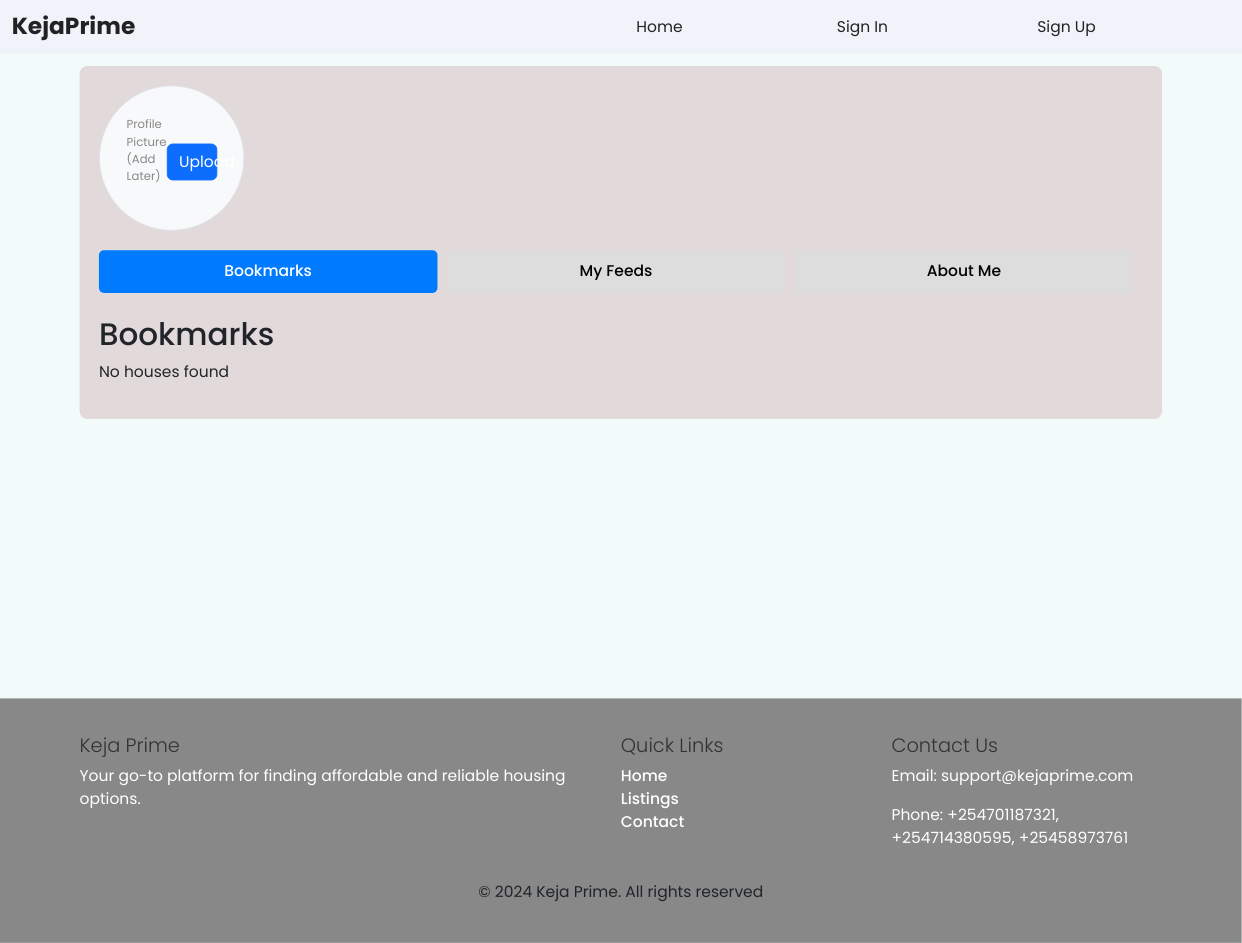
Repository: Pascal7601/kejaPrime
Page: /profile (app in frontend/)
The author's editor kept a copy of each file at every save. The page is drawn from the files as they stood at one save, then again after a run of saves.
The browser window is 1280 px wide. The pictures show the whole page, at 97% of full size.
The page's requests for data from a server got no answer. The project was rebuilt for these pictures with package versions that can differ from the ones it lists, and the page was loaded fresh each time. No one was signed in, and anything a server would have sent is missing. Also part of the build but not shown: frontend/vite.config.js, frontend/src/styles/HeroSection.css, frontend/src/components/HeroSection.jsx, frontend/src/pages/Home.jsx, frontend/src/components/Houses.jsx, frontend/src/pages/Listings.jsx, frontend/src/styles/PostHouse.css, frontend/src/pages/PostHouse.jsx and 10 more.

Above is the page before, as saved 2024-10-22 11:25:34.

### frontend/index.html
<!doctype html>
<html lang="en">
  <head>
    <meta charset="UTF-8" />
    <link rel="icon" type="image/svg+xml" href="/vite.svg" />
    <meta name="viewport" content="width=device-width, initial-scale=1.0" />
    <script src="https://cdn.jsdelivr.net/npm/@popperjs/core@2.11.6/dist/umd/popper.min.js"></script>
    <script src="https://cdn.jsdelivr.net/npm/bootstrap@5.2.0/dist/js/bootstrap.bundle.min.js"></script>
    <link rel="preconnect" href="https://fonts.googleapis.com">
    <link rel="preconnect" href="https://fonts.gstatic.com" crossorigin>
    <link href="https://fonts.googleapis.com/css2?family=Poppins:ital,wght@0,100;0,200;0,300;0,400;0,500;0,600;0,700;0,800;0,900;1,100;1,200;1,300;1,400;1,500;1,600;1,700;1,800;1,900&display=swap" rel="stylesheet">
    <title>KejaPrime</title>
  </head>
  <body>
    <div id="root"></div>
    <script type="module" src="/src/main.jsx"></script>
  </body>
</html>

### frontend/src/App.jsx
import React from 'react';
import { BrowserRouter as Router, Route, Routes } from 'react-router-dom';
import { AuthProvider } from './utils/AuthContext';
import Home from './pages/Home';
import Listings from './pages/Listings';
import ProfilePage from './pages/ProfilePage';
import SignUp from './components/SignUp';
import FeedsPage from './pages/FeedsPage'
import PostHouse from './pages/PostHouse';
import SignIn from './components/SignIn';
import Dashboard from './components/Dashboard';

import './App.css';

function App() {

  return (
    <AuthProvider>
      <Router>
            <Routes>
              <Route path="/Sign-up" element={<SignUp />} />
              <Route path="/Sign-in" element={<SignIn />} />
              <Route path="/" element={<Home />} />
              <Route path="/home" element={<Home />} />
              <Route path="/dashboard" element={<Dashboard />} />
              <Route path="/feeds" element={<FeedsPage />} />
              <Route path="/listings" element={<Listings />} />
              <Route path="/profile" element={<ProfilePage />} />
              <Route path="/post-house" element={<PostHouse />} />
            </Routes>
      </Router>
    </AuthProvider>
  );
}

export default App

### frontend/src/pages/ProfilePage.jsx
import React from 'react';
import Profile from "../components/Profile";
import "../styles/ProfilePage.css";

const ProfilePage = () => {
	return (
		<>
			<Profile />
		</>
	);
}

export default ProfilePage;

### frontend/src/App.css
@import url('https://fonts.googleapis.com/css2?family=Poppins:ital,wght@0,100;0,200;0,300;0,400;0,500;0,600;0,700;0,800;0,900;1,100;1,200;1,300;1,400;1,500;1,600;1,700;1,800;1,900&display=swap');
*{
	font-family: "Poppins", sans-serif;
	margin: 0;
	padding: 0;
	width: 100%;
	box-sizing: border-box;
}

body {
	margin: 0;
	font-family: "Poppins", sans-serif;
	width: 100%;
	background-color: rgb(229, 245, 245);
}

### frontend/src/components/Footer.jsx
import React from 'react'
import 'bootstrap/dist/css/bootstrap.min.css';
import '../styles/Footer.css';

const Footer = () => {
	const currentYear = new Date().getFullYear();
  return (
	<footer className='footer py-4'>
		<div className='container'>
			<div className='row'>
				<div className='col-md-6'>
					<h5 className='footer-title'>Keja Prime</h5>
					<p className='footer-description'>
					Your go-to platform for finding affordable and reliable housing options.
					</p>
				</div>
				<div className="col-md-3">
					<h5 className="footer-links-title">Quick Links</h5>
            		<ul className="list-unstyled">
						<li><a href="/" className="text-white">Home</a></li>
              			<li><a href="/listings" className="text-white">Listings</a></li>
              			<li><a href="/contact" className="text-white">Contact</a></li>
            		</ul>
				</div>
				<div className='col-md-3'>
					<h5 className='footer-contact-title'> Contact Us</h5>
					<p>Email: support@kejaprime.com</p>
					<p>Phone: +254701187321, +254714380595, +25458973761</p>
				</div>
			</div>
			<div className='text-center mt-3'>
				<p className='text-dark'>&copy; {currentYear} Keja Prime. All rights reserved</p>
			</div>
		</div>
	</footer>
  );
};

export default Footer;

### frontend/src/styles/Footer.css
.footer{
	background: #4ea685;
	color: #222222;
}

### frontend/src/components/Profile.jsx
import React, { useEffect, useState } from 'react';
import axios from 'axios';
import Footer from "../components/Footer";
import Navbar from '../components/Navbar';
import PostHouse from '../pages/PostHouse';
import 'bootstrap/dist/css/bootstrap.min.css';
import '../styles/Profile.css';

function Profile() {
  const [profile, setProfile] = useState(null);
  const [profilePic, setProfilePic] = useState(null);
  const [preview, setPreview] = useState(null);
  const [userType, setUserType] = useState(false);
  const [houses, setHouses] = useState([]);
  const [feeds, setFeeds] = useState([]); // State for tenant's feeds
  const [loading, setLoading] = useState(true);
  const [savedHouses, setSavedHouses] = useState([]);
  const [activeTab, setActiveTab] = useState('houses');
  const [isFormVisible, setIsFormVisible] = useState(false);

  useEffect(() => {
    async function fetchProfile() {
      try {
        const token = localStorage.getItem('access_token');
        const config = {
          headers: { Authorization: `Bearer ${token}` },
        };

        const profileRes = await axios.get('http://localhost:8000/api/v1/users/profile', config);
        const isLandlord = profileRes.data.is_landlord;
        console.log(profileRes.data.id);
        setUserType(isLandlord);
        setProfile(profileRes.data);

        const userId = profileRes.data.id;

        if (isLandlord) {
          // Fetch posted houses
          const postedHousesRes = await axios.get(`http://localhost:8000/api/v1/properties/${userId}`);
          const housesWithImages = await Promise.all(
            postedHousesRes.data.map(async (house) => {
              try {
                const imageRes = await axios.get(`http://localhost:8000/api/v1/properties/${house.id}/images`);
                const img = imageRes.data.length > 0 ? imageRes.data[0].image_url : null;
                return { ...house, imageUrl: img };
              } catch (error) {
                console.warn(`Image not found for house ${house.id}`);
                return { ...house, imageUrl: null };
              }
            })
          );
          setHouses(housesWithImages);
        } else {
          //Fetch Bookmarks
          const savedHousesRes = await axios.get('http://localhost:8000/api/v1/bookmarks/', config);
          // console.log(savedHousesRes.data);
          const savedHousesData = savedHousesRes.data.bookmarks;

        // Separate feeds and properties
        const savedFeeds = savedHousesData
          .filter(bookmark => bookmark.feed) // Get only feeds
          .map(bookmark => bookmark.feed);
          // console.log(savedFeeds[0]);  // Extract feed data

        const savedProperties = savedHousesData
          .filter(bookmark => bookmark.property) // Get only properties
          .map(bookmark => bookmark.property);   // Extract property data

          const feedsWithImages = await Promise.all(
            savedFeeds.map(async (feed) => {
              try {
                const feedRes = await axios.get(`http://localhost:8000/api/v1/feeds/${feed.id}`);
                console.log(feedRes.data[0].images[0].image_url);
                const img = feedRes.data[0].images[0].image_url;
                return { ...feed, imageUrl: img };
              } catch (error) {
                console.warn(`Image not found for feed ${feed.id}`);
                return { ...feed, imageUrl: null };
              }
            })
          );

          // Fetch images for properties
          const propertiesWithImages = await Promise.all(
            savedProperties.map(async (property) => {
              try {
                const imageRes = await axios.get(`http://localhost:8000/api/v1/properties/${property.id}/images`, config);
                const img = imageRes.data.length > 0 ? imageRes.data[0].image_url : null;
                return { ...property, imageUrl: img };
              } catch (error) {
                console.warn(`Image not found for property ${property.id}`);
                return { ...property, imageUrl: null };
              }
            })
          );

          // Combine feeds and properties into the `houses` state
          const combinedSavedHouses = [...feedsWithImages, ...propertiesWithImages];
          setHouses(combinedSavedHouses); // Update houses with both feeds and properties


        // Track saved house IDs for both feeds and properties
        const savedHouseIds = combinedSavedHouses.map(house => house.id);
        setSavedHouses(savedHouseIds); // Track Bookmarks by ID

        // Fetch tenant's feeds
          const tenantFeedsRes = await axios.get(`http://localhost:8000/api/v1/feeds/me`, config);
          console.log(tenantFeedsRes.data);
          setFeeds(tenantFeedsRes.data);
        }
      } catch (error) {
        console.error('Error fetching profile data', error);
      } finally {
        setLoading(false);
      }
    }

    fetchProfile();
  }, []);

  const handleTabChange = (tab) => {
    setActiveTab(tab);  // Change active tab
  };

  const handleSaveHouse = async (houseId) => {
    const isSaved = savedHouses.includes(houseId);
    if (!isSaved) {
      try {
        const token = localStorage.getItem('access_token');
        const config = {
          headers: { Authorization: `Bearer ${token}` },
        };

        await axios.post(`http://localhost:8000/api/v1/houses/save`, { houseId }, config);
        setSavedHouses(prevSavedHouses => [...prevSavedHouses, houseId]);

        // Optionally, refetch the Bookmarks to update the UI
        const savedHousesRes = await axios.get('http://localhost:8000/api/v1/houses/saved', config);
        setHouses(savedHousesRes.data);
        console.log('House saved successfully');
      } catch (err) {

        console.error('Error saving house:', err);
      }
    }
  };
  const toggleFormVisibility = () => {
    setIsFormVisible(!isFormVisible);
  };
  const handleFileChange = () => {
    const file = e.target.files[0];
    if (file) {
      setProfilePic(file);
      const fileURL = URL.createObjectURL(file);
      setPreview(fileURL);
    }
  };

  const handleFileUpload = async () => {
    if (profilePic) {
      const formData = new FormData();
      formData.append('profile_pic', profilePic);
      try {
        const token = localStorage.getItem('access_token');
        const config = {
          headers: {
            Authorization: `Bearer ${token}`,
            'Content-Type': 'multipart/form-data',
          },
        };
        await axios.post('http://localhost:8000/api/v1/users/profile-pic', formData, config);
        alert('Profile picture updated successfully');
      } catch (err) {
        console.error('Error uploading profile picture:', err);
      }
    }
  };

  const renderHouseImage = (imageUrl, title) => {
    const src = imageUrl ? `http://localhost:8000/${imageUrl}` : "/path/to/placeholder.jpg";
    const altText = imageUrl ? title : "No image available";
    return <img src={src} alt={altText} className="house-image" />;
  };

  if (loading) {
    return <div>Loading...</div>;
  }

  return (
    <>
    <Navbar />
    <div className={`profile-page ${!userType ? 'tenant-view' : ''}`}>
      <div className={`container my-5 profile-container ${userType ? 'landlord-layout' : 'tenant-layout'}`}>
        {/* Left Side Panel (For Landlords) */}
        <div className='left-panel'>
          {userType && (
            <>
              <h4 onClick={toggleFormVisibility} className='toggle-button'>
                {isFormVisible ? 'Hide Form' : 'Post a House'}
              </h4>
              {isFormVisible && <PostHouse />}
            </>
          )}
        </div>
        {/* Right Side Content */}
        <div className={`right-panel ${!userType ? 'full-width' : ''}`}>
          <div className="profile-header">
            <div className='profile-picture-placeholder border rounded-circle p-5 bg-light'>
              {preview ? (
                <img src={preview} alt="Profile Preview" className="img-fluid rounded-circle" />
              ) : (
                <p>Profile Picture (Add Later)</p>
              )}
              <input type="file" onChange={handleFileChange} />
              <button onClick={handleFileUpload} className="btn btn-primary mt-2">Upload</button>
            </div>
          </div>
          {/* Navigation Tabs */}
          <div className="profile-tabs mb-4">
            <button
              className={`tab-button ${activeTab === 'houses' ? 'active' : ''}`}
              onClick={() => handleTabChange('houses')}
            >
              {userType ? 'Posted Houses' : 'Bookmarks'}
            </button>
            {!userType && (
              <button
                className={`tab-button ${activeTab === 'feeds' ? 'active' : ''}`}
                onClick={() => handleTabChange('feeds')}
              >
                My Feeds
              </button>
            )}
            <button
              className={`tab-button ${activeTab === 'about' ? 'active' : ''}`}
              onClick={() => handleTabChange('about')}
            >
              About Me
            </button>
          </div>
          {/* Tab Content */}
          <div className="tab-content">
            {activeTab === 'houses' && (
              <div className="houses-section">
                <h2>{userType ? 'Posted Houses' : 'Bookmarks'}</h2>
                <div className="house-list">
                  {houses.length === 0 ? (
                    <p>No houses found</p>
                  ) : (
                    houses.map(house => (
                      <div key={house.id} className="house-item">
                        <div className='card'>
                          {renderHouseImage(house.imageUrl, house.description)}
                          <div className='card-body'>
                            <h3 className='card-title'>{house.title || house.description}</h3>
                            <p className='card-text'>{house.description}</p>
                            <p className='card-text fw-bold'>Location: {house.location}</p>
                            {!userType && (
                              <button onClick={() => handleSaveHouse(house.id)} className="btn btn-primary">
                                {savedHouses.includes(house.id) ? 'Saved' : 'Save'}
                              </button>
                            )}
                          </div>
                        </div>
                      </div>
                    ))
                  )}
                </div>
              </div>
            )}
            {!userType && activeTab === 'feeds' && (
              <div className="feeds-section">
                <h2>My Feeds</h2>
                <div className="feed-list">
                  {feeds.length === 0 ? (
                    <p>No feeds found</p>
                  ) : (
                    feeds.map(feed => (
                      <div key={feed.id} className="feed-item">
                        <img src={`http://localhost:8000/${feed.images[0].image_url}`} alt={feed.description} className="feed-image" />
                        <p>{feed.description}</p>
                        <p>{feed.location}</p>
                      </div>
                    ))
                  )}
                </div>
              </div>
            )}
            {activeTab === 'about' && (
              <div className="profile-about">
                <h4>About Me</h4>
                {profile && (
                  <div>
                    <p>Name: {profile.username}</p>
                    <p>Email: {profile.email}</p>
                    <p>Status: {profile.is_landlord ? "Landlord" : "Tenant"}</p>
                    <p>Location: {profile.location}</p>
                  </div>
                )}
              </div>
            )}
          </div>
        </div>
      </div>
    </div>
    <Footer />
    </>
  );
}

export default Profile;

### frontend/src/styles/FeedsPage.css
@import url('https://fonts.googleapis.com/css2?family=Poppins:ital,wght@0,100;0,200;0,300;0,400;0,500;0,600;0,700;0,800;0,900;1,100;1,200;1,300;1,400;1,500;1,600;1,700;1,800;1,900&display=swap');
.right-side::-webkit-scrollbar {
    display: none;
}
body {
    -ms-overflow-style: none;
    scrollbar-width: none;
}
.feeds-page {
	height: 100vh;
	overflow: hidden;
}
.right-side{
	width:60%;
	margin-top: 60px;
	display: flex;
  	justify-content: center;
	text-align: center;
	border: 1px solid red;
	padding-bottom: 20px;
}

.row {
height: 100%;
}

.create-feed {
	position: fixed;
	background-color: #F1F3FA;
	top: 28%;
	width: 100%;
	max-width: 550px;
	z-index: 1;
}
.right-side {
	overflow-y: auto;
	height: 100%;
	background: radial-gradient(circle, #4ea685, #3e8f70);
	padding-bottom:20px;
	text-align: center;
}
.feed-item {
	position: relative;
	border: 1px solid #ddd;
	border-radius: 8px;
	background-color: #fff;
	padding: 10px;
	margin-bottom: 15px;
}
.feed-item {
	display: flex;
  	justify-content: center;
	text-align: center;
	width: 70%;
	margin-left: 80px;
}

.feed-img {
	max-width: 100%;
	background-size: cover;
	height: 400px;
	border-radius: 5px;
}
.btn1{
	color: #fff;
	background-color: #4ea685;
	border: none;
	max-width: 100px;
	font-weight: 200;
}
.form-control{
	border: none;
}
h5{
	font-weight: 300;
	color: #333;
}
.creat{
	font-weight: 500;
	color: #4ea685;
	margin-bottom: 20px;
}
/*-----Bookmark-------*/
.bookmark-btn {
	position: absolute;
	top: 10px;
	right: 10px;
	background-color: rgba(0, 0, 0, 0.5);
	color: #fff;
	border: none;
	padding: 8px 12px;
	cursor: pointer;
	border-radius: 5px;
	font-size: 14px;
}

.bookmark-btn:hover {
	background-color: rgba(0, 0, 0, 0.7);
}


@media (max-width: 768px) {
	.right-side {
	  width: 100%;
	  margin-top: 100px;
	}
	.create-feed{
		display: none;
	}
	.left-side{
		display: flex;
		flex-direction: column;
		gap: 10px;
		width: 100%;
	}
}
@media (max-width: 480px) {
	.house-row {
	  grid-template-columns: 1fr;
	}
	.left-side{
		display: flex;
		flex-direction: row;
		flex-wrap: wrap;
		gap: 10px;
		width: 100%;
	}
	.create-feed{
		display: none;
	}
}

### frontend/src/styles/Navbar.css
nav ul {
	list-style-type: none;
	margin: 0;
	padding: 0;
	justify-content: flex-end;
  }
.nav-item1 {
	padding-top: 10px;
	border: 1px solid red;
}
  nav ul li a {
	text-decoration: none;
	color: #333;
	font-weight: bold;
  }

  nav h1 {
	display: inline-block;
	margin: 0;
	font-size: 24px;
	font-weight: bold;
  }
  h1 span {
}
.custom-navbar {
	background-color: #F1F3FA;
	color: #222222;
}

.custom-navbar .navbar-nav .nav-link {
	color: #222222;
}

  .custom-navbar .navbar-brand {
	color: #222222;

  }

  .custom-navbar .navbar-toggler-icon {
	filter: brightness(100%);
  }

  .custom-navbar .navbar-nav .nav-link:hover {
	color: #4ea685;
  }

  .custom-navbar .btn-link {
	color: #ffffff;
  }

### frontend/src/styles/Houses.css
@import url('https://fonts.googleapis.com/css2?family=Poppins:ital,wght@0,100;0,200;0,300;0,400;0,500;0,600;0,700;0,800;0,900;1,100;1,200;1,300;1,400;1,500;1,600;1,700;1,800;1,900&display=swap');
body, html {
	margin: 0;
	padding: 0;
	box-sizing: border-box;
	font-family: "Poppins", sans-serif;
	width: 100%;
}
.houses-container {
	display: flex;
	flex-direction: column;
	align-items: center;
	padding: 1.5rem;
	margin-top: 50px;
	width: 100%;

}

.house-row{
	display: grid;
	grid-template-columns: repeat(auto-fill, minmax(250px, 1fr));
	gap: 1rem;
	width: 100%;

}

.house-card {
	background-color: #F1F3FA;
	padding: 10px;
	border-radius: 8px;
	margin: 0 10px;
	box-shadow: 0 4px 6px rgba(0, 0, 0, 0.1);
	transition: transform 0.2s ease-in-out;
  	flex-direction: column;

}

.house-card:hover {
	transform: translateY(-5px);
}

.house-image {
	width: 100%;
	object-fit: cover;
	border-top-left-radius: 8px;
	border-top-right-radius: 8px;
}

.house-info {
	padding: 1.5rem;
}

h5 {
	margin-top: 12px;
	font-weight: 400;
	color: #003b95;
	margin-bottom: 0.5rem;
}
.price{
	color: #003b95;
}

strong {
	font-weight: bold;
}
.location-icon {
	margin-right: 5px;
	margin-left: 5px;
	width: 10%;
	color: #e0354b;
 	align-items: center;
	margin: 0;
}
.icon-locator{
	display: flex;

}
.price{
	color: #498862;
	font-weight: 700;
	font-size: 16px;
}

.p{
	font-size: 14px;
	color: #060b20;
	margin: 0;
	line-height: 1.5;
	font-weight: 300;
}

.filter-bar {
	display: flex;
	justify-content: space-between;
	margin-bottom: 20px;
}

.filter-bar input,
.filter-bar button {
	padding: 5px 10px;
	font-size: 16px;
}
.save-button {
	border: 1px solid red;
}
@media (max-width: 768px) {
	.house-row {
	  grid-template-columns: repeat(auto-fill, minmax(200px, 1fr));
	}
}
@media (max-width: 480px) {
	.house-row {
	  grid-template-columns: 1fr;
	}
}

Loaded but not shown: frontend/src/main.jsx (common file); frontend/src/index.css (common file); frontend/src/components/Navbar.jsx (121 lines, source omitted); frontend/src/styles/Profile.css (182 lines, source omitted); frontend/src/utils/AuthContext.jsx (100 lines, source omitted); frontend/src/styles/HomePage.css (139 lines, source omitted); frontend/src/styles/ProfilePage.css (no stored copy; drawn as an empty file)

After the next 2 saves:
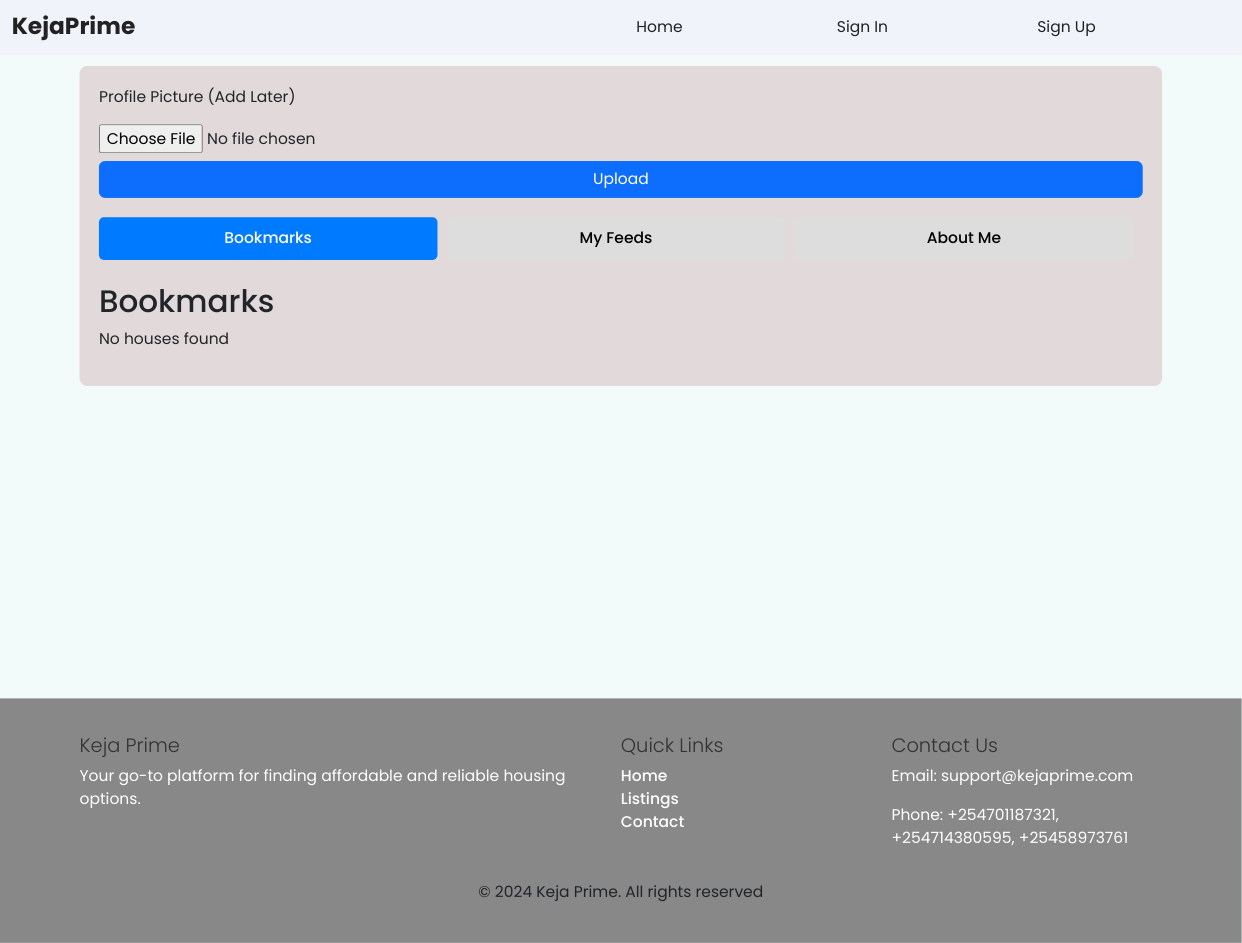
The 2 saves are shown as one change because they came seconds apart.
The last was saved 7 min 51 s later.
--- a/frontend/src/components/Profile.jsx
+++ b/frontend/src/components/Profile.jsx
@@ -205,7 +205,7 @@ function Profile() {
         {/* Right Side Content */}
         <div className={`right-panel ${!userType ? 'full-width' : ''}`}>
           <div className="profile-header">
-            <div className='profile-picture-placeholder border rounded-circle p-5 bg-light'>
+            <div className= 'profile-picture-container'>
               {preview ? (
                 <img src={preview} alt="Profile Preview" className="img-fluid rounded-circle" />
               ) : (
